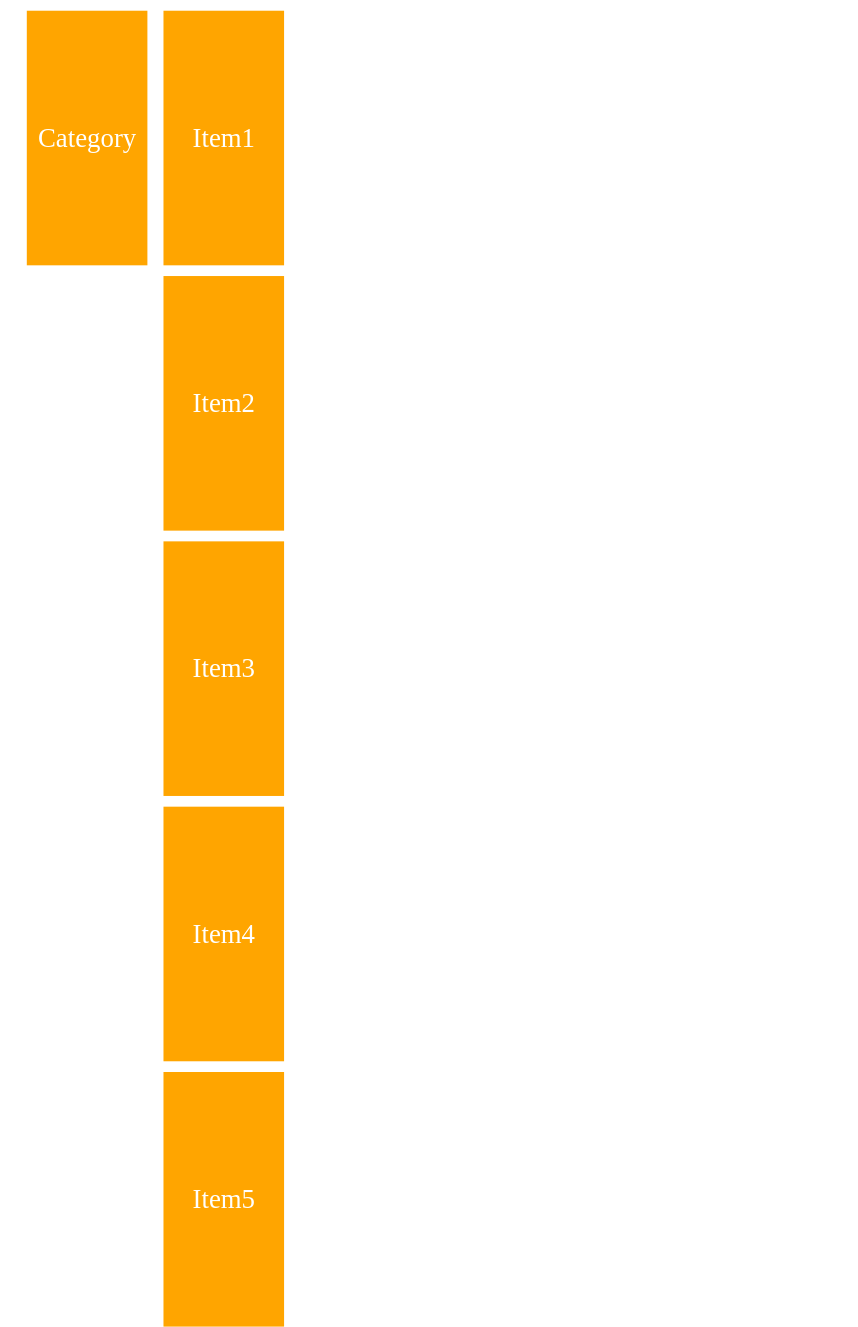
Repository: Huy48552/Grid-base
Page: layout2.html
An editor plug-in stored every save of this project. The page is shown before and after the next save, followed by the edit.
The browser window is 1280 px wide. The pictures show the whole page, at 67% of full size.

Above is the page before, as saved 2021-08-23 15:14:54.

After the next save:
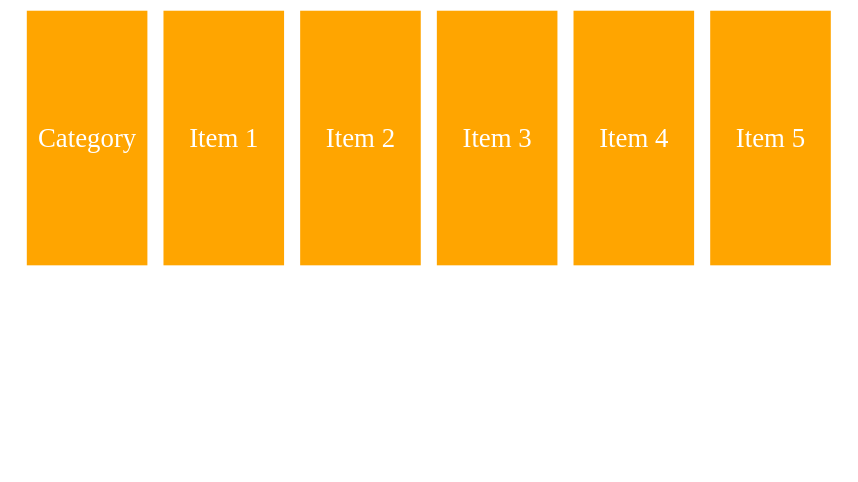
Saved 92 s later.
--- a/layout2.html
+++ b/layout2.html
@@ -18,13 +18,20 @@
             <div class="col l-10">
                 <div class="content">
                     <div class="row">
-
                         <div class="col l-2-4">
-                            <div class="item">Item1</div>
-                            <div class="item">Item2</div>
-                            <div class="item">Item3</div>
-                            <div class="item">Item4</div>
-                            <div class="item">Item5</div>
+                            <div class="item">Item 1</div>
+                        </div>
+                        <div class="col l-2-4">
+                            <div class="item">Item 2</div>
+                        </div>
+                        <div class="col l-2-4">
+                            <div class="item">Item 3</div>
+                        </div>
+                        <div class="col l-2-4">
+                            <div class="item">Item 4</div>
+                        </div>
+                        <div class="col l-2-4">
+                            <div class="item">Item 5</div>
                         </div>
                     </div>
                 </div>
